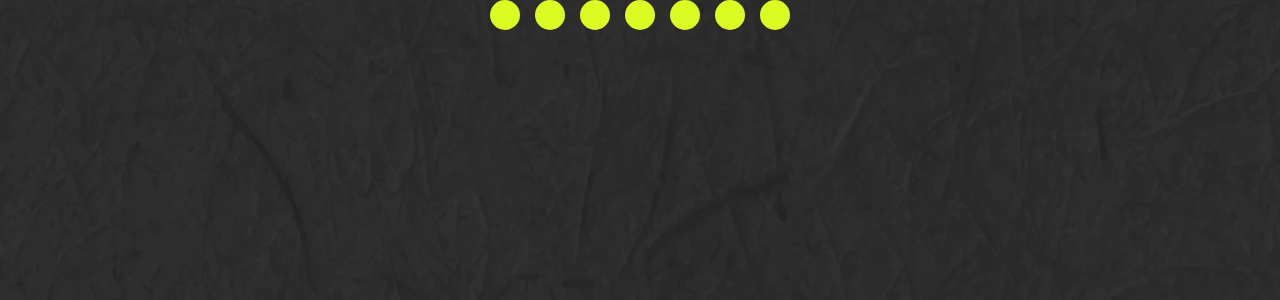
Repository: sem1103/fitness-test
Page: index.html
The author's editor kept a copy of each file at every save. The page is drawn from the files as they stood at one save, then again after the next save.
The browser window is 1280 px wide. The pictures show the whole page.

Above is the page before, as saved 2023-11-03 17:57:12.

### index.html
<!DOCTYPE html>
<html lang="en">
<head>
    <meta charset="UTF-8">
    <meta name="viewport" content="width=device-width, initial-scale=1.0">
    <title>Fitness</title>
    <link rel="stylesheet" href="style/reset.css"/>
    <link rel="stylesheet" href="style/main.css"/>
</head>
<body>
    <div id="circles">
        <ul>
            <li></li>
            <li></li>
            <li></li>
            <li></li>
            <li></li>
            <li></li>
            <li></li>
        </ul>
    </div>
    <header>


    </header>
    <main></main>
</body>
</html>

### style/reset.css
html, body, div, span, applet, object, iframe,
h1, h2, h3, h4, h5, h6, p, blockquote, pre,
a, abbr, acronym, address, big, cite, code,
del, dfn, em, img, ins, kbd, q, s, samp,
small, strike, strong, sub, sup, tt, var,
b, u, i, center,
dl, dt, dd, ol, ul, li,
fieldset, form, label, legend,
table, caption, tbody, tfoot, thead, tr, th, td,
article, aside, canvas, details, embed,
figure, figcaption, footer, header, hgroup,
menu, nav, output, ruby, section, summary,
time, mark, audio, video {
	margin: 0;
	padding: 0;
	border: 0;
	font-size: 100%;
	font: inherit;
	vertical-align: baseline;
}
/* HTML5 display-role reset for older browsers */
article, aside, details, figcaption, figure,
footer, header, hgroup, menu, nav, section {
	display: block;
}
body {
	line-height: 1;
	font-family: Arial, Helvetica, sans-serif;
}
ol, ul {
	list-style: none;
}
blockquote, q {
	quotes: none;
}
blockquote:before, blockquote:after,
q:before, q:after {
	content: '';
	content: none;
}
table {
	border-collapse: collapse;
	border-spacing: 0;
}
a{
	text-decoration: none;
}

### style/main.css
.container{
    max-width: 1100px;
    margin: auto;
}
body{
    background: url(./../img/background.png) center/cover;
    min-height: 100vh;
}
#circles ul{
    display: flex;
    flex-direction: row;
    width: 100%;
    justify-content: center;
    gap: 15px;
}
#circles li{
    padding: 15px;
    border-radius: 50%;
    background-color: #dbfb23;
}

After the next save:
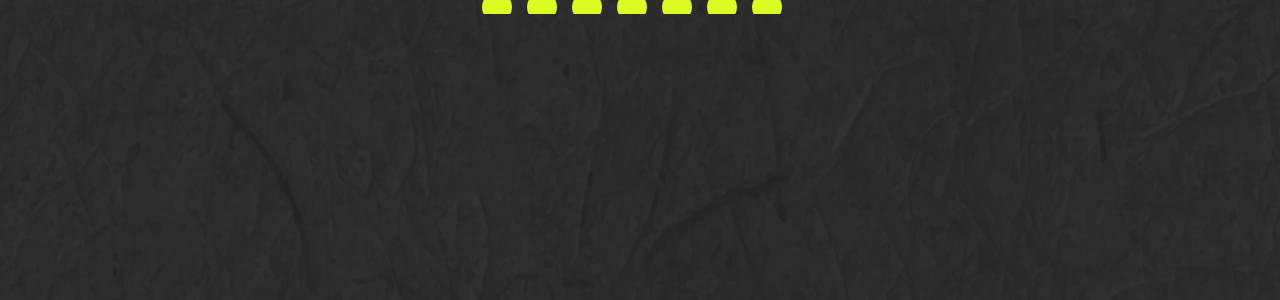
Saved 37 s later.
--- a/style/main.css
+++ b/style/main.css
@@ -6,12 +6,16 @@
     background: url(./../img/background.png) center/cover;
     min-height: 100vh;
 }
+#circles{
+    overflow: hidden;
+}
 #circles ul{
     display: flex;
     flex-direction: row;
     width: 100%;
     justify-content: center;
     gap: 15px;
+    margin: -8px;
 }
 #circles li{
     padding: 15px;
